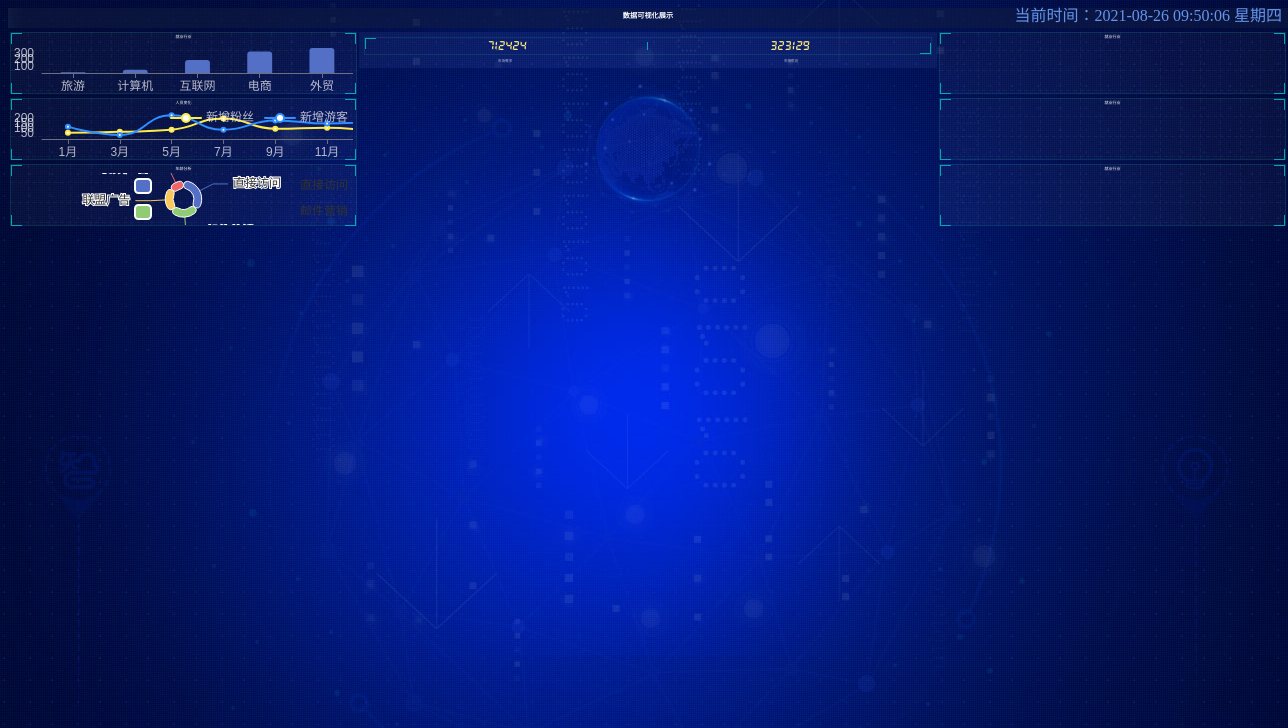
Repository: jiang-1990/DataVM
Page: /
These files come from the project's save history. The page is drawn as it stood at one moment and after the next save; the edit follows.
The browser window is 1280 px wide. The page is 1288 px wide, so the pictures cover 1288 px, including what lies to the right of the window. The pictures show the whole page.
The project was rebuilt for these pictures with package versions that can differ from the ones it lists, and the page was loaded fresh each time.

Above is the page before, as saved 2021-08-27 15:23:34.

After the next save:
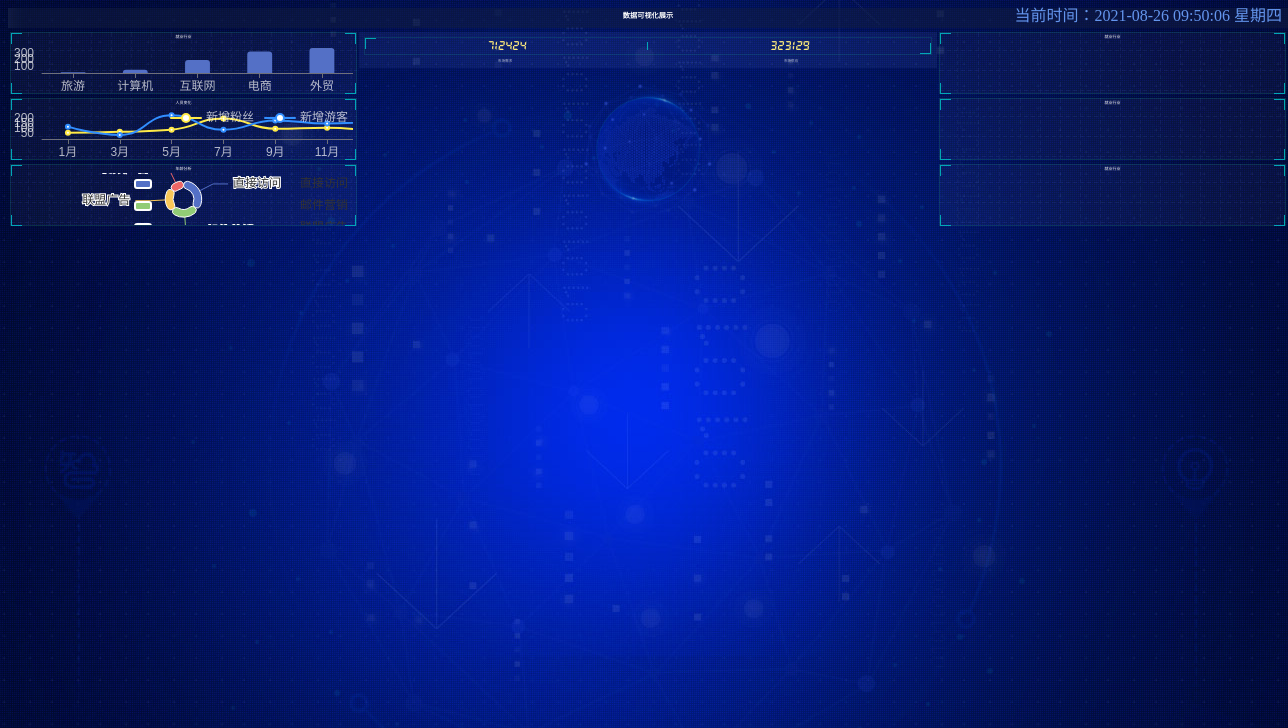
Saved 20 s later.
--- a/src/components/bigScreen.vue
+++ b/src/components/bigScreen.vue
@@ -124,6 +124,7 @@ export default {
           top: "0",
           right: "0",
           itemWidth :"16",
+itemHeight:"8",
         },
         series: [
           {
